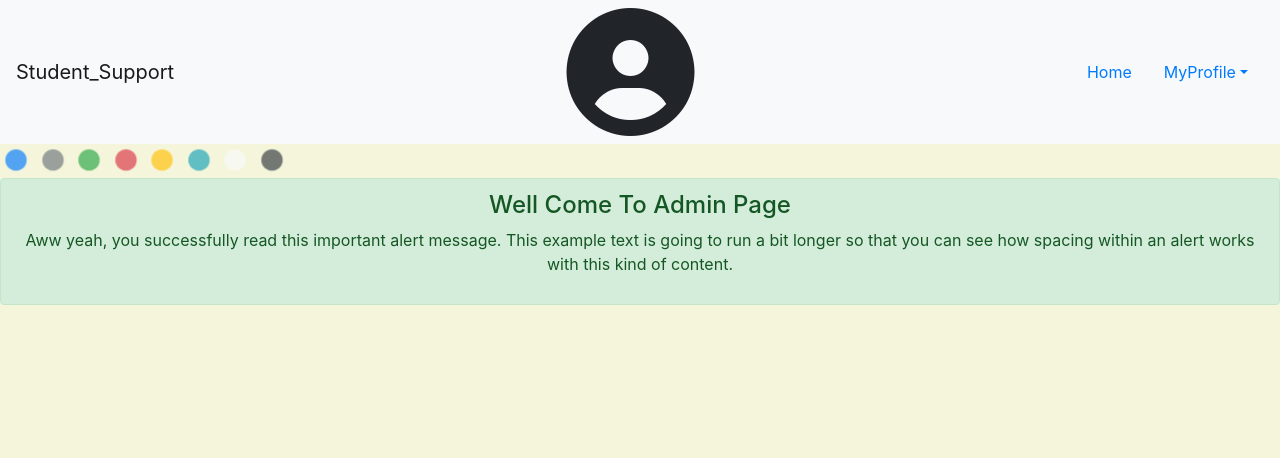
Repository: FeelHack/STUDENT-EXAMINATION-SYSTEM
Page: http://localhost/Exam_System/Admin/Question.jsp
These files come from the project's save history. The page is drawn as it stood at one moment and after the next save; the edit follows.
The browser window is 1280 px wide. The pictures show the whole page.
Some web libraries are served in a nearby version. The page is served by Tomcat 9. Other server files are loaded and not shown.

Above is the page before, as saved 2020-03-10 17:13:13.

### Exam System/WebContent/Admin/Question.jsp
<%@ page language="java" contentType="text/html; charset=UTF-8"
    pageEncoding="UTF-8"%>

 <!doctype html>
<html lang="en">
  <head>

    <meta charset="utf-8">
    <meta name="viewport" content="width=device-width, initial-scale=1, shrink-to-fit=no">

    <!-- Bootstrap CSS -->
    <link rel="stylesheet" href="https://stackpath.bootstrapcdn.com/bootstrap/4.4.1/css/bootstrap.min.css" integrity="sha384-Vkoo8x4CGsO3+Hhxv8T/Q5PaXtkKtu6ug5TOeNV6gBiFeWPGFN9MuhOf23Q9Ifjh" crossorigin="anonymous">
    <!-- Optional JavaScript -->
    <!-- jQuery first, then Popper.js, then Bootstrap JS -->
    <script src="https://code.jquery.com/jquery-3.4.1.slim.min.js" integrity="sha384-J6qa4849blE2+poT4WnyKhv5vZF5SrPo0iEjwBvKU7imGFAV0wwj1yYfoRSJoZ+n" crossorigin="anonymous"></script>
    <script src="https://cdn.jsdelivr.net/npm/popper.js@1.16.0/dist/umd/popper.min.js" integrity="sha384-Q6E9RHvbIyZFJoft+2mJbHaEWldlvI9IOYy5n3zV9zzTtmI3UksdQRVvoxMfooAo" crossorigin="anonymous"></script>
    <script src="https://stackpath.bootstrapcdn.com/bootstrap/4.4.1/js/bootstrap.min.js" integrity="sha384-wfSDF2E50Y2D1uUdj0O3uMBJnjuUD4Ih7YwaYd1iqfktj0Uod8GCExl3Og8ifwB6" crossorigin="anonymous"></script>
    <script src="https://kit.fontawesome.com/1737af4a09.js" crossorigin="anonymous"></script>

  </head>


  <body style="background-color: beige;">
    <nav id="navbar-example2" class="navbar navbar-light bg-light">
        <a class="navbar-brand" href="admin.jsp">Student_Support</a>

        <i class="fas fa-user-circle fa-8x" style="text-align: center;"></i>
        <ul class="nav nav-pills">
          <li class="nav-item">
            <a class="nav-link" href="admin.jsp">Home</a>
          </li>
          <li class="nav-item dropdown">
            <a class="nav-link dropdown-toggle" data-toggle="dropdown" href="#" role="button" aria-haspopup="true" aria-expanded="false">MyProfile</a>
            <div class="dropdown-menu">
              <a class="dropdown-item" href="#one">View Profile</a>
              <a class="dropdown-item" href="#two">Edit My Profile</a>
              <div role="separator" class="dropdown-divider"></div>
              <a class="dropdown-item" href="../logout.jsp">Signout</a>
            </div>
          </li>
        </ul>
      </nav>


      <div class="spinner-grow text-primary" role="status">
        <span class="sr-only">Loading...</span>
      </div>
      <div class="spinner-grow text-secondary" role="status">
        <span class="sr-only">Loading...</span>
      </div>
      <div class="spinner-grow text-success" role="status">
        <span class="sr-only">Loading...</span>
      </div>
      <div class="spinner-grow text-danger" role="status">
        <span class="sr-only">Loading...</span>
      </div>
      <div class="spinner-grow text-warning" role="status">
        <span class="sr-only">Loading...</span>
      </div>
      <div class="spinner-grow text-info" role="status">
        <span class="sr-only">Loading...</span>
      </div>
      <div class="spinner-grow text-light" role="status">
        <span class="sr-only">Loading...</span>
      </div>
      <div class="spinner-grow text-dark" role="status">
        <span class="sr-only">Loading...</span>
      </div>

  </div>
      </div>
      <div class="alert alert-success" role="alert" style="text-align: center;">
        <h4 class="alert-heading">Well Come To Admin Page</h4>
        <p>Aww yeah, you successfully read this important alert message. This example text is going to run a bit longer so that you can see how spacing within an alert works with this kind of content.</p>
      </div>



           <pre>
                 <form action="" method="post">

                 </form>
           </pre>


      </body>
      </html>

After the next save:
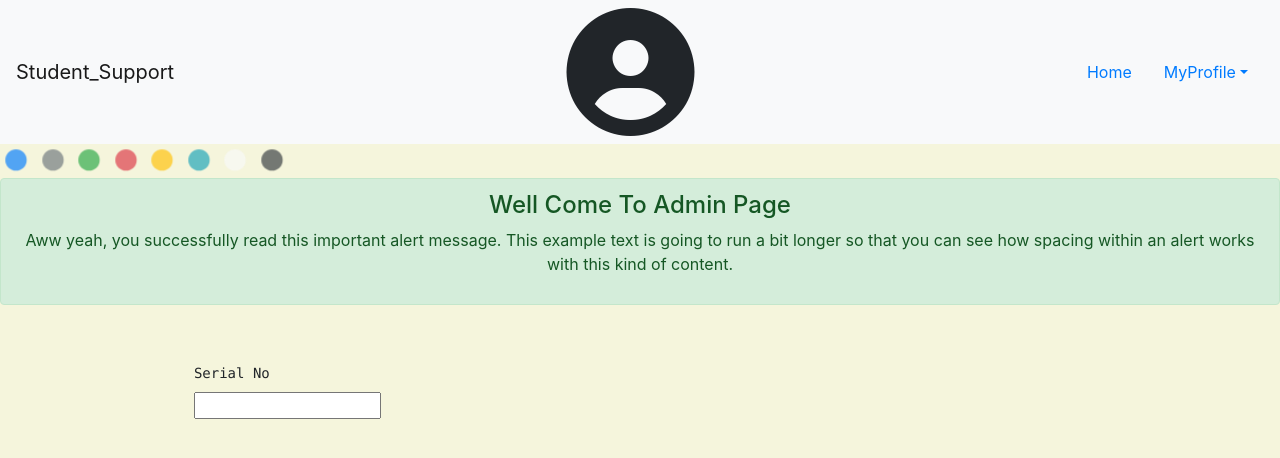
Saved 43 s later.
--- a/Exam System/WebContent/Admin/Question.jsp
+++ b/Exam System/WebContent/Admin/Question.jsp
@@ -78,7 +78,8 @@
 
            <pre>
                  <form action="" method="post">
-
+                       <label>Serial No</label>
+                       <input type="text">
                  </form>
            </pre>
 
